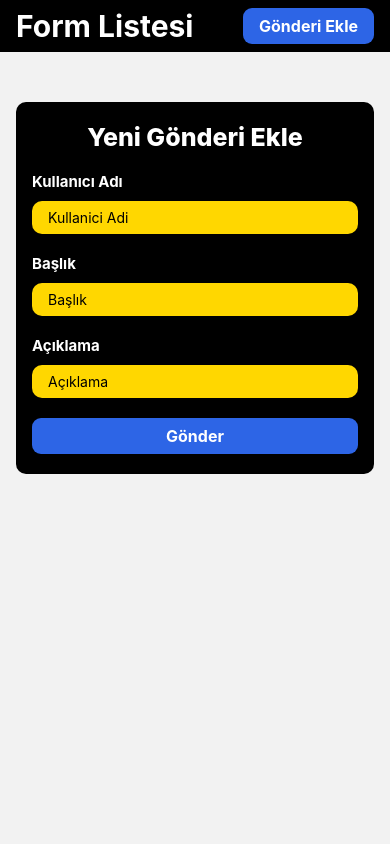
Repository: Kubraaygun/FirebaseRN
Screen: /
These files come from the project's save history. The screen is drawn as it stood at one moment and after the next save; the edit follows.
The app was drawn by React Native's web renderer in a window 390 px wide. The project was rebuilt for these pictures with package versions that can differ from the ones it lists, and the page was loaded fresh each time. Also part of the build but not shown: src/screens/ListPost/ListPostView.jsx, src/screens/ListPost/ListPostController.jsx.

Above is the screen before, as saved 2025-01-20 20:51:07.

### App.js
import {SafeAreaView, StyleSheet, Text, View} from 'react-native';
import React, {useState} from 'react';
import {createNativeStackNavigator} from '@react-navigation/native-stack';
import {NavigationContainer} from '@react-navigation/native';
import ListPostController from './src/screens/ListPost/ListPostController';
import AddPostController from './src/screens/AddPost/AddPostController';
import AppBar from './src/screens/component/AppBar';

const App = () => {
  const [activePage, setActivePage] = useState('Gönderiler');
  const Stack = createNativeStackNavigator();
  return (
    <SafeAreaView style={{flex: 1}}>
      <NavigationContainer>
        <AppBar activePage={activePage} setActivePage={setActivePage} />
        <Stack.Navigator
          screenOptions={{headerShown: false}}
          initialRouteName="AddPost">
          <Stack.Screen name="ListPost" component={ListPostController} />
          <Stack.Screen name="AddPost" component={AddPostController} />
        </Stack.Navigator>
      </NavigationContainer>
    </SafeAreaView>
  );
};

export default App;

const styles = StyleSheet.create({});

### src/screens/AddPost/AddPostController.jsx
import {StyleSheet, Text, View} from 'react-native';
import React from 'react';
import AddPostView from './AddPostView';

const AddPostController = () => {
  return <AddPostView />;
};

export default AddPostController;

const styles = StyleSheet.create({});

### src/screens/component/AppBar.jsx
import {StyleSheet, Text, View} from 'react-native';
import React from 'react';
import CustomButton from './CustomButton';
import {useNavigation} from '@react-navigation/native';

const AppBar = ({activePage, setActivePage}) => {
  const navigation = useNavigation();
  return (
    <View style={styles.container}>
      <Text style={styles.title}>Form Listesi</Text>
      {activePage === 'Gönderiler' ? (
        <CustomButton
          buttonTitle={'Gönderi Ekle'}
          onPress={() => {
            setActivePage('Gönderi Ekle');
            navigation.navigate('AddPost');
          }}
        />
      ) : (
        <CustomButton
          buttonTitle={'Gönderi Listesi'}
          onPress={() => {
            setActivePage('Gönderiler');
            navigation.navigate('ListPost');
          }}
        />
      )}
    </View>
  );
};

export default AppBar;

const styles = StyleSheet.create({
  container: {
    backgroundColor: '#000000',
    flexDirection: 'row',
    justifyContent: 'space-between',
    paddingHorizontal: 16,
    paddingVertical: 8,
    alignItems: 'center',
  },
  title: {
    color: 'white',
    fontSize: 30,
    fontWeight: '700',
  },
});

### src/screens/AddPost/AddPostView.jsx
import {StyleSheet, Text, TextInput, View} from 'react-native';
import React from 'react';
import CustomButton from '../component/CustomButton';

const AddPostView = () => {
  return (
    <View style={styles.form}>
      <Text style={styles.formTitle}>Yeni Gönderi Ekle</Text>
      <View style={styles.inputGroup}>
        <Text style={styles.label}>Kullanıcı Adı</Text>
        <TextInput
          style={styles.input}
          placeholder="Kullanici Adi"
          placeholderTextColor={'black'}
        />
      </View>

      <View style={styles.inputGroup}>
        <Text style={styles.label}>Başlık</Text>
        <TextInput
          style={styles.input}
          placeholder="Başlık"
          placeholderTextColor={'black'}
        />
      </View>

      <View style={styles.inputGroup}>
        <Text style={styles.label}>Açıklama</Text>
        <TextInput
          style={styles.input}
          placeholder="Açıklama"
          placeholderTextColor={'black'}
        />
      </View>

      <CustomButton buttonTitle={'Gönder'} />
    </View>
  );
};

export default AddPostView;

const styles = StyleSheet.create({
  form: {
    backgroundColor: 'black',
    marginVertical: 50,
    marginHorizontal: 16,
    paddingHorizontal: 16,
    paddingVertical: 20,
    borderRadius: 10,
    gap: 20,
  },
  inputGroup: {
    gap: 10,
  },
  formTitle: {
    color: '#FFFFFF',
    textAlign: 'center',
    fontSize: 25,
    fontWeight: '800',
  },
  label: {
    color: '#FFFFFF',
    fontSize: 15,
    fontWeight: '700',
  },
  input: {
    backgroundColor: 'gold',
    paddingHorizontal: 16,
    paddingVertical: 8,
    borderRadius: 10,
  },
});

### src/screens/component/CustomButton.jsx
import {StyleSheet, Text, TouchableOpacity, View} from 'react-native';
import React from 'react';

const CustomButton = ({buttonTitle, onPress}) => {
  return (
    <TouchableOpacity onPress={onPress} style={styles.buttonContainer}>
      <Text style={styles.buttonTitle}>{buttonTitle}</Text>
    </TouchableOpacity>
  );
};

export default CustomButton;

const styles = StyleSheet.create({
  buttonContainer: {
    backgroundColor: '#2D65E6',
    paddingHorizontal: 16,
    paddingVertical: 8,
    borderRadius: 9,
    alignItems: 'center',
    justifyContent: 'center',
  },
  buttonTitle: {
    color: '#ffffff',
    fontSize: 16,
    fontWeight: '700',
  },
});

After the next save:
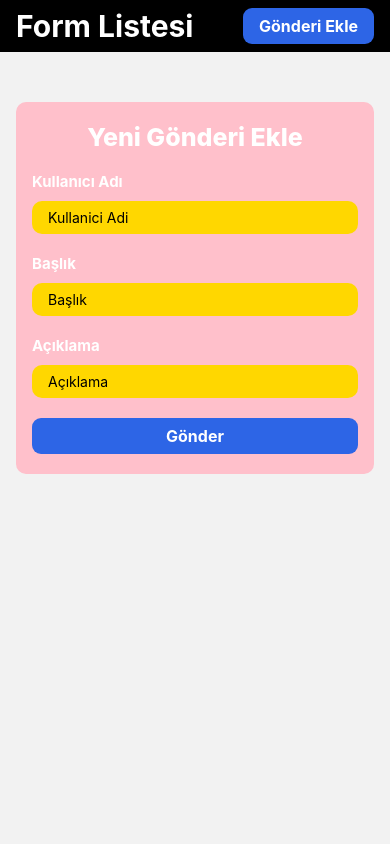
Saved 15 s later.
--- a/src/screens/AddPost/AddPostView.jsx
+++ b/src/screens/AddPost/AddPostView.jsx
@@ -42,7 +42,7 @@ export default AddPostView;
 
 const styles = StyleSheet.create({
   form: {
-    backgroundColor: 'black',
+    backgroundColor: 'pink',
     marginVertical: 50,
     marginHorizontal: 16,
     paddingHorizontal: 16,
